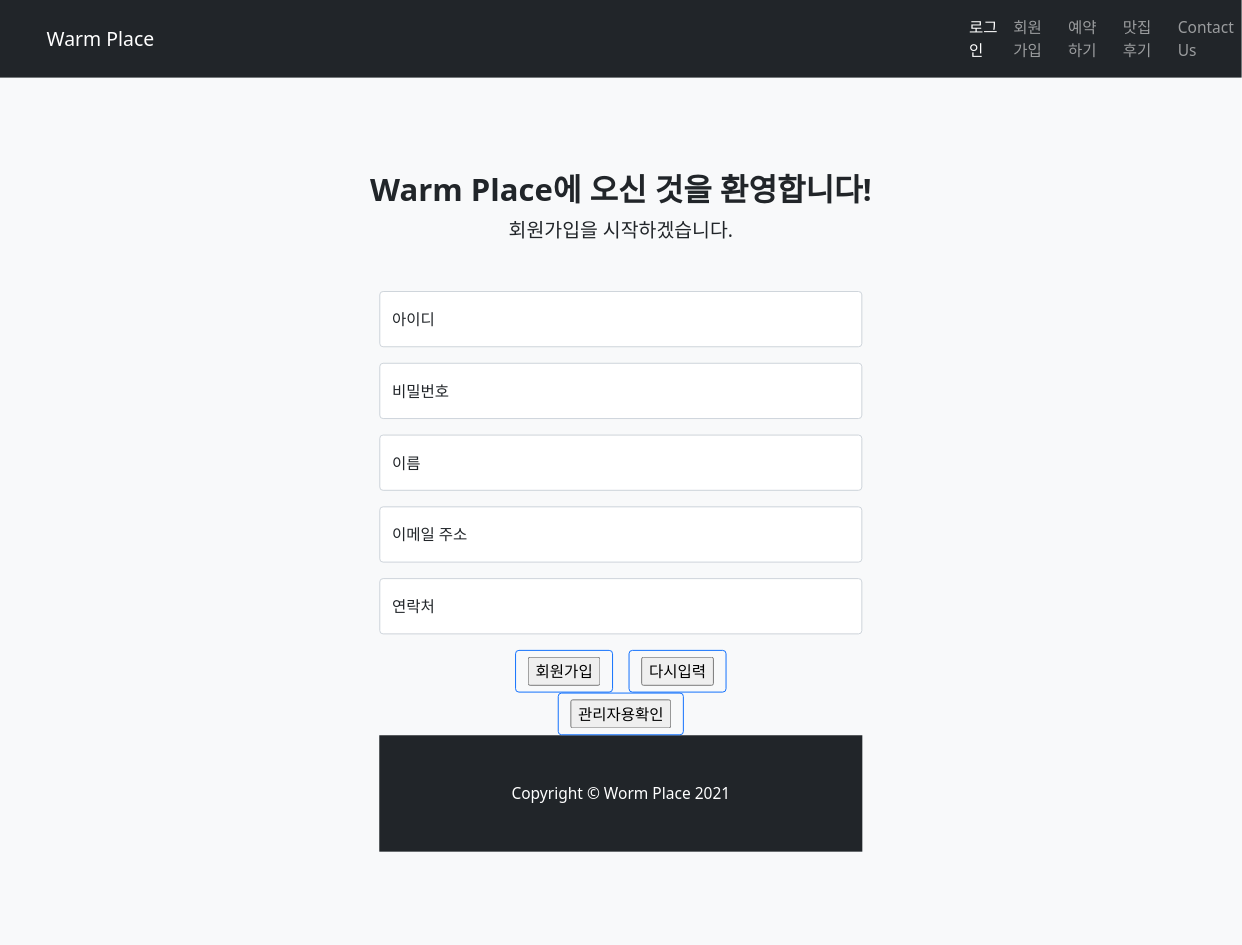
Repository: jaunnnngs/HackaTone
Page: http://localhost/StunProjects/St_Join/st_userJoin.jsp
These files come from the project's save history. The page is drawn as it stood at one moment and after the next save; the edit follows.
The browser window is 1280 px wide. The pictures show the whole page, at 97% of full size.
Some web libraries are served in a nearby version. The page is served by Tomcat 9.

Above is the page before, as saved 2021-07-25 04:22:59.

After the next save:
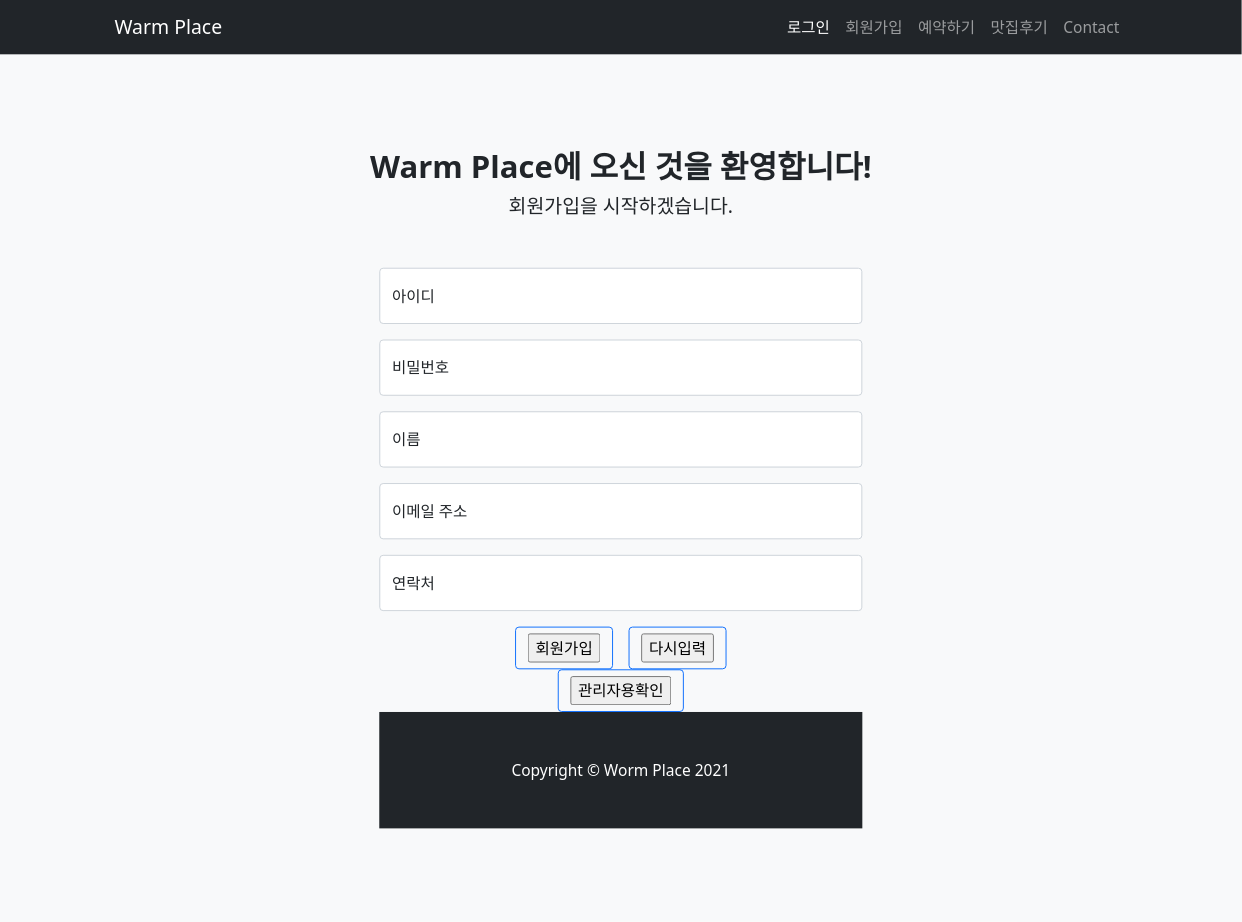
Saved 31 s later.
--- a/STUN_TEAM/StunProjects/src/main/webapp/St_Join/st_userJoin.jsp
+++ b/STUN_TEAM/StunProjects/src/main/webapp/St_Join/st_userJoin.jsp
@@ -2,14 +2,12 @@
 
 <!DOCTYPE html>
 <html>
-    <head>
+        <head>
         <meta charset="utf-8" />
-        <meta name="keywords" content="HTML,CSS,XML,JavaScript">
         <meta name="viewport" content="width=device-width, initial-scale=1, shrink-to-fit=no" />
-        <meta name="description" content="HTML Study" />
-        <meta name="author" content="Bruce" />
-
-        <title>WARM PLACE_회원가입</title>
+        <meta name="description" content="" />
+        <meta name="author" content="" />
+        <title>Warm Place_main</title>
         <!-- Favicon-->
         <link rel="icon" type="image/x-icon" href="assets/favicon.ico" />
         <!-- Bootstrap icons-->
@@ -17,24 +15,21 @@
         <!-- Core theme CSS (includes Bootstrap)-->
         <link href="css/styles.css" rel="stylesheet" />
     </head>
-
     <body>
-    <form action="./st_userJoinAction.jsp"method="post">
         <!-- Responsive navbar-->
         <nav class="navbar navbar-expand-lg navbar-dark bg-dark">
             <div class="container px-5">
                 <a class="navbar-brand" href="../St_Join/main.jsp">Warm Place</a>
-                </div>
                 <button class="navbar-toggler" type="button" data-bs-toggle="collapse" data-bs-target="#navbarSupportedContent" aria-controls="navbarSupportedContent" aria-expanded="false" aria-label="Toggle navigation"><span class="navbar-toggler-icon"></span></button>
                 <div class="collapse navbar-collapse" id="navbarSupportedContent">
                     <ul class="navbar-nav ms-auto mb-2 mb-lg-0">
-                         <li class="nav-item"><a class="nav-link active" aria-current="page" href="../St_board/login.jsp">로그인</a></li>
+                        <li class="nav-item"><a class="nav-link active" aria-current="page" href="../St_board/login.jsp">로그인</a></li>
                         <li class="nav-item"><a class="nav-link" href="../St_Join/test_st_userJoin2.jsp">회원가입</a></li>
                         <li class="nav-item"><a class="nav-link" href="../St_Reservation/map.jsp">예약하기</a></li>
                         <li class="nav-item"><a class="nav-link" href="../St_board/bbs.jsp">맛집후기</a></li>
-                        <li class="nav-item"><a class="nav-link" href="#!">Contact Us</a></li>
+                        <li class="nav-item"><a class="nav-link" href="#!">Contact</a></li>
                     </ul>
-
+                </div>
             </div>
         </nav>
 
